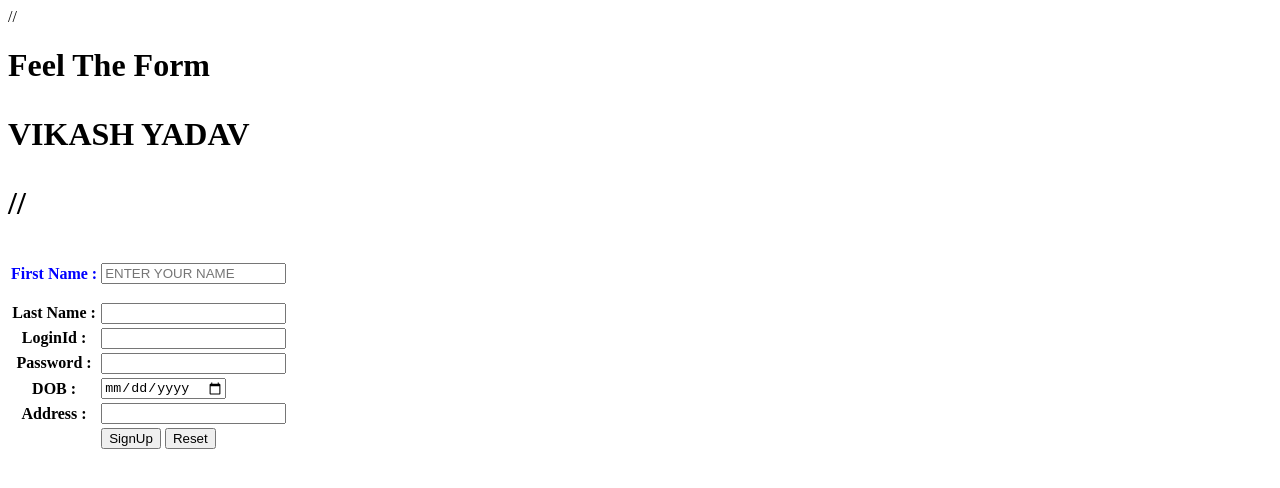
Repository: vikash9562/AdvanceJava
Page: http://localhost/DynamicProject/UserRegistration.jsp
An editor plug-in stored every save of this project. The page is shown before and after the next save, followed by the edit.
The browser window is 1280 px wide. The pictures show the whole page.
The page is served by Tomcat 9.

Above is the page before, as saved 2023-08-17 08:53:12.

After the next save:
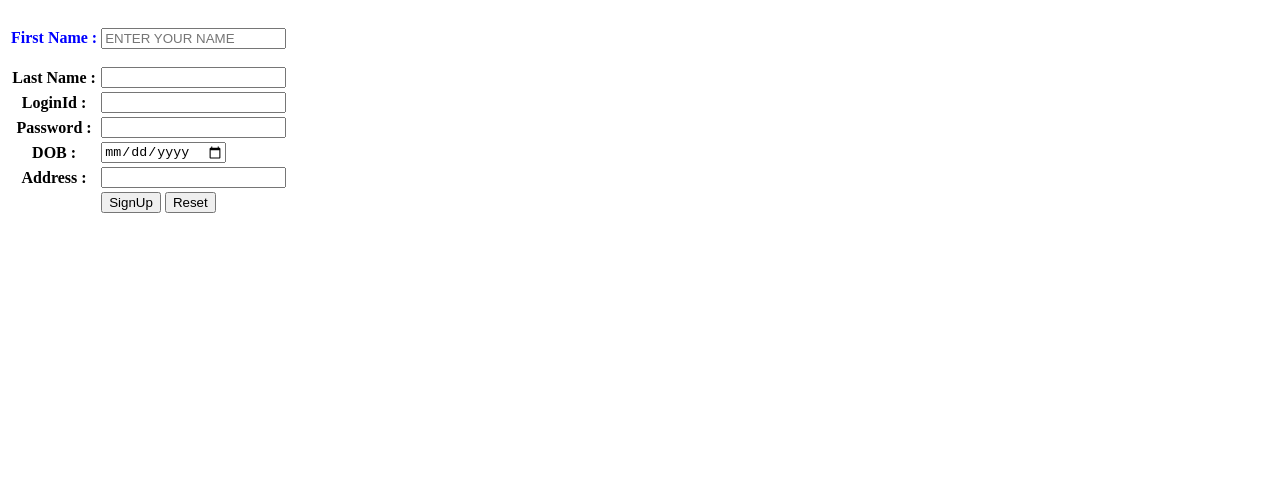
Saved 45 s later.
--- a/advance java/DynamicProject/WebContent/UserRegistration.jsp
+++ b/advance java/DynamicProject/WebContent/UserRegistration.jsp
@@ -22,12 +22,6 @@
 				<%
 						}
 				%>
-					</tr>
-				//<h1>
-					<div style="bacground-color: Lightblue:">Feel The Form</div>
-					<p style="color: red:"></p>
-					<pstyle="color: #008000;"> VIKASH YADAV</p>
-					//</h1>
 			<tr>
 				<th><p style="color: BLUE">First Name :</p></th>
 				<td><input type="text" placeholder = "ENTER YOUR NAME" name="firstName"></td>
